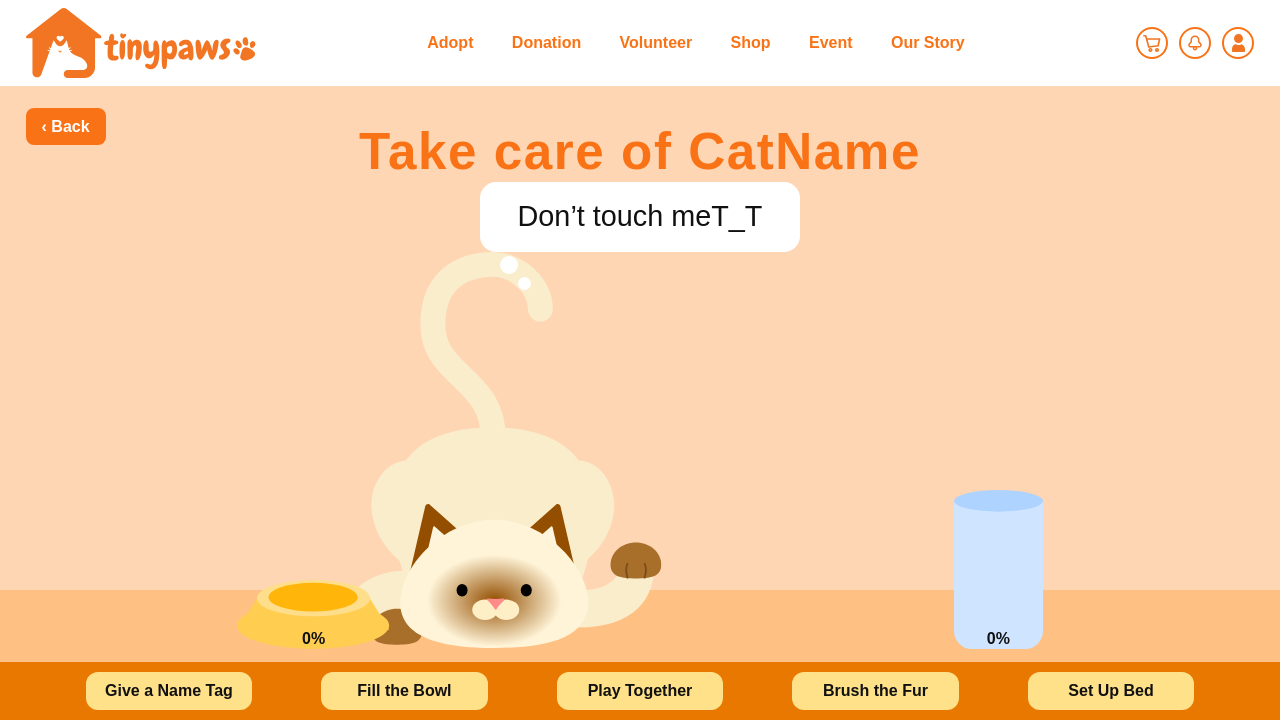
Repository: LShuyanLi/TinyPaws
Page: /, after clicking the first element matching `div > div`
An editor plug-in stored every save of this project. The page is shown before and after the next save, followed by the edit.
The browser window is 1280 px wide. The pictures show the whole page.
The project was rebuilt for these pictures with package versions that can differ from the ones it lists, and the page was loaded fresh each time. The framework's server and built-in components were replaced by stand-ins that run in the browser. Also part of the build but not shown: next.config.mjs.

Above is the page before, as saved 2026-05-09 23:45:17.

### app/layout.js
import { Geist, Geist_Mono } from "next/font/google";
import "./globals.css";

const geistSans = Geist({
  variable: "--font-geist-sans",
  subsets: ["latin"],
});

const geistMono = Geist_Mono({
  variable: "--font-geist-mono",
  subsets: ["latin"],
});

export const metadata = {
  title: "Create Next App",
  description: "Generated by create next app",
};

export default function RootLayout({ children }) {
  return (
    <html lang="en" className={`${geistSans.variable} ${geistMono.variable}`}>
      <body>{children}</body>
    </html>
  );
}

### app/page.js
"use client";

import { useState } from "react";

import Header from "@/components/shared/Header";
import ChooseScreen from "@/components/shuyan/ChooseScreen";
import PlayScreen from "@/components/shuyan/PlayScreen";



export default function Home() {
  const [screen, setScreen] = useState("choose");
  const [selectedCat, setSelectedCat] = useState(null);

  function goToChoose() {
    setScreen("choose");
  }

  function goToPlay(catImage) {
    setSelectedCat(catImage);
    setScreen("play");
  }

  return (
    <main
      style={{
        width: "100vw",
        height: "100vh",
        margin: 0,
        overflow: "hidden",
        fontFamily: "Arial, Helvetica, sans-serif",
        backgroundColor: "#ffd6b3",
      }}
    >
      <Header />

      {screen === "choose" && (
        <ChooseScreen goToPlay={goToPlay} />
      )}

      {screen === "play" && (
        <PlayScreen
        goToChoose={goToChoose}
        selectedCat={selectedCat} />
      )}
    </main>
  );
}

### app/globals.css
:root {
  --background: #ffffff;
  --foreground: #171717;
}

@media (prefers-color-scheme: dark) {
  :root {
    --background: #0a0a0a;
    --foreground: #ededed;
  }
}

html {
  height: 100%;
}

html,
body {
  max-width: 100vw;
  overflow-x: hidden;
}

body {
  min-height: 100%;
  display: flex;
  flex-direction: column;
  color: var(--foreground);
  background: var(--background);
  font-family: Arial, Helvetica, sans-serif;
  -webkit-font-smoothing: antialiased;
  -moz-osx-font-smoothing: grayscale;
}

* {
  box-sizing: border-box;
  padding: 0;
  margin: 0;
}

a {
  color: inherit;
  text-decoration: none;
}

@media (prefers-color-scheme: dark) {
  html {
    color-scheme: dark;
  }
}

### components/shared/Header.jsx
// Displays the decorative top navigation area with the logo, nav menu, and icons.

export default function Header() {
  return (
    <header
      style={{
        width: "100%",
        height: "12vh",
        backgroundColor: "#ffffff",
        display: "flex",
        alignItems: "center",
        justifyContent: "space-between",
        padding: "0 2vw",
        boxSizing: "border-box",
      }}
    >
      <img
        src="/Logo.svg"
        alt="TinyPaws logo"
        style={{
          width: "18vw",
          minWidth: "150px",
          maxWidth: "270px",
          height: "auto",
        }}
      />

      <nav
        style={{
          display: "flex",
          gap: "3vw",
          color: "#f97316",
          fontWeight: "700",
          fontSize: "1rem",
        }}
      >
        <span>Adopt</span>
        <span>Donation</span>
        <span>Volunteer</span>
        <span>Shop</span>
        <span>Event</span>
        <span>Our Story</span>
      </nav>

      <div
        style={{
          display: "flex",
          gap: "0.7rem",
        }}
      >
        <button style={iconButtonStyle}>
         <img src="/chart.svg" style={iconImageStyle} />
        </button>

        <button style={iconButtonStyle}>
          <img src="/bell.svg" style={iconImageStyle} />
        </button>

        <button style={iconButtonStyle}>
         <img src="/user.svg" style={iconImageStyle} />
        </button>
      </div>
    </header>
  );
}

const iconButtonStyle = {
  width: "2rem",
  height: "2rem",
  border: "2px solid #f97316",
  borderRadius: "50%",
  backgroundColor: "#ffffff",
  color: "#f97316",
  cursor: "pointer",
  display: "flex",
  alignItems: "center",
  justifyContent: "center",
};

const iconImageStyle = {
  width: "1.1rem",
  height: "1.1rem",
  objectFit: "contain",
  display: "block",
};

### components/shuyan/ChooseScreen.jsx
import PokeCatBall from "@/components/shuyan/PokeCatBall";

export default function ChooseScreen({ goToPlay }) {

    return (
        <section
        style={{
            position: "relative",
            width: "100%",
            height: "88vh",
            backgroundColor: "#ffd6b3",
        }}
        >

        <h1
            style={{
            margin: 0,
            paddingTop: "5vh",
            textAlign: "center",
            color: "#f97316",
            fontSize: "clamp(2rem, 4vw, 3.3rem)",
            fontWeight: "700",
            letterSpacing: "0.03em",
            }}
        >
            Choose Your New Little Friend
        </h1>

        <div
            style={{
            position: "relative",
            zIndex: 5,
            width: "100%",
            display: "flex",
            justifyContent: "space-around",
            alignItems: "flex-start",
            marginTop: "8vh",
            padding: "0 4vw",
            boxSizing: "border-box",
            }}
        >
            <PokeCatBall
                closeBall="/CloseBall.svg"
                openBall="/OpenBall-1.svg"
                catImage="/cat-1.svg"
                goToPlay={goToPlay} />
            <PokeCatBall
                closeBall="/CloseBall.svg"
                openBall="/OpenBall-2.svg"
                catImage="/cat-2.svg"
                goToPlay={goToPlay} />
            <PokeCatBall
                closeBall="/CloseBall.svg"
                openBall="/OpenBall-3.svg"
                catImage="/cat-3.svg"
                goToPlay={goToPlay} />
        </div>

        <div
            style={{
            position: "absolute",
            left: 0,
            bottom: "7.5vh",
            width: "100%",
            height: "10vh",
            backgroundColor: "#ffc083",
            }}
        />

        <div
            style={{
            position: "absolute",
            left: 0,
            bottom: 0,
            width: "100%",
            height: "7.5vh",
            backgroundColor: "#e97800",
            }}
        />
        </section>
    );
}

### components/shuyan/PlayScreen.jsx
// PlayScreen.jsx: Builds the main cat play screen with the background, cat area, feeding area, tools, bed, and bottom buttons.

import BackButton from "@/components/shuyan/BackButton";
import BottomActionBar from "@/components/shuyan/BottomActionBar";
import CatDisplay from "@/components/shared/CatDisplay";
import FoodBowl from "@/components/Jinwon/FoodBowl";
import WaterBottle from "@/components/Jinwon/WaterBottle";
import CatEmotion from "@/components/Jessica/CatEmotion";

export default function PlayScreen({ goToChoose, selectedCat }) {
  return (
    <section
      style={{
        position: "relative",
        width: "100%",
        height: "88vh",
        backgroundColor: "#ffd6b3",
        overflow: "hidden",
      }}
    >
      <BackButton goToChoose={goToChoose}/>

      <h1
        style={{
          margin: 0,
          paddingTop: "5vh",
          textAlign: "center",
          color: "#f97316",
          fontSize: "clamp(2rem, 4vw, 3.3rem)",
          fontWeight: "700",
          letterSpacing: "0.03em",
          position: "relative",
          zIndex: 5,
        }}
      >
        Take care of CatName
      </h1>

      {/* Light orange ground */}
      <div
        style={{
          position: "absolute",
          left: 0,
          bottom: "8vh",
          width: "100%",
          height: "10vh",
          backgroundColor: "#ffc083",
          zIndex: 1,
        }}
      />

      {/* Main play area */}
      <div
        style={{
          position: "absolute",
          left: "50%",
          bottom: "10vh",
          transform: "translateX(-50%)",
          width: "75vw",
          height: "50vh",
          zIndex: 5,
        }}
      >
        <CatEmotion />
        <FoodBowl />
        <CatDisplay selectedCat={selectedCat}/>
        <WaterBottle />
      </div>

      <BottomActionBar />
    </section>
  );
}

### components/shuyan/PokeCatBall.jsx
"use client";
// Displays one selectable pokeCAT ball and shows its cat preview on hover.

import { useState } from "react";

export default function PokeCatBall({ closeBall, openBall, goToPlay, catImage }) {

    const [isHover, setIsHover] = useState(false);

    function pokecatBall() {
        if (!isHover) {
            return closeBall;
        } else {
            return openBall;
        }
    }

    return (
        <div
            onClick={() => goToPlay(catImage)}
            onMouseEnter={() => setIsHover(true)}
            onMouseLeave={() => setIsHover(false)}
            style={{
                width: "24vw",
                maxWidth: "380px",
                minWidth: "230px",
                height: "50vh",
                display: "flex",
                alignItems: "flex-start",
                justifyContent: "center",
                cursor: "pointer"
            }}
        >
        <img
            src={pokecatBall()}
            style={{
            width: "90%",
            objectFit: "contain",
            display: "block",
            }}
        />
        </div>
    );
}

### components/shuyan/BackButton.jsx
// Displays the back button and returns the user to the cat selection screen.


export default function BackButton({ goToChoose }) {
  return (
    <button
        onClick={goToChoose}
        style={{
            position: "absolute",
            top: "3vh",
            left: "2vw",
            backgroundColor: "#f97316",
            color: "#ffffff",
            border: "none",
            borderRadius: "8px",
            padding: "0.6rem 1rem",
            fontSize: "1rem",
            fontWeight: "600",
            cursor: "pointer",
            zIndex: 10,
      }}
    >
      ‹ Back
    </button>
  );
}

### components/shuyan/BottomActionBar.jsx
"use client";

// BottomActionBar.jsx: Displays the bottom interaction buttons and shows each hover bubble.

import { useState } from "react";

export default function BottomActionBar( {
  activeButton,
  setActiveButton,
  setSelectedBed, //these three are for the bed feature
  ballSpeed,
  setBallSpeed, //these two are for the play ball feature
  featherActive,
  setFeatherActive,
}) {
  return (
    <div
      style={{
        position: "absolute",
        left: 0,
        bottom: 0,
        width: "100%",
        height: "8vh",
        backgroundColor: "#e97800",
        display: "flex",
        alignItems: "center",
        justifyContent: "space-around",
        padding: "0 4vw",
        boxSizing: "border-box",
        zIndex: 20,
      }}
    >
      {/* Name button - Elina can connect this to NameTag modal later */}
      <div style={{ position: "relative" }}>
        <button style={buttonStyle}>Give a Name Tag</button>
      </div>

      {/* Feed button - Jinwon */}
      <div
        onMouseEnter={() => setActiveButton("feed")}
        onMouseLeave={() => setActiveButton(null)}
        style={{ position: "relative" }}
      >
        {activeButton === "feed" && (
          <div style={bubbleStyle}>
            <img src="/bubble-3.svg" style={bubbleBackgroundStyle} />

            {/* dry food option - Jinwon can add onClick here */}
            <img
              src="/dryfood.svg"
              style={{
                position: "absolute",
                top: "8%",
                left: "50%",
                transform: "translateX(-50%)",
                width: "45%",
                height: "auto",
                cursor: "pointer",
              }}
            />

            {/* wet food option - Jinwon can add onClick here */}
            <img
              src="/wetfood.svg"
              style={{
                position: "absolute",
                top: "34%",
                left: "50%",
                transform: "translateX(-50%)",
                width: "45%",
                height: "auto",
                cursor: "pointer",
              }}
            />

            {/* water option - Jinwon can add onClick here */}
            <img
              src="/water.svg"
              style={{
                position: "absolute",
                top: "60%",
                left: "50%",
                transform: "translateX(-50%)",
                width: "38%",
                height: "auto",
                cursor: "pointer",
              }}
            />
          </div>
        )}

        <button style={buttonStyle}>Fill the Bowl</button>
      </div>

      {/* Play button - Jonah handles ball/feather, Elina handles hand */}
      <div
        style={{ position: "relative" }}
      >
        {activeButton === "play" && (
          <div style={bubbleStyle}>
            <img src="/bubble-3.svg" style={bubbleBackgroundStyle} />

            {/* ball option - Jonah can add onClick here */}
            <img
              src="/ball.svg"
                onClick={() => {
                setFeatherActive(false);

                setBallSpeed(prev =>
                  prev === "stop"
                    ? "slow"
                    : prev === "slow"
                    ? "fast"
                    : "stop"
                );
              }}
              style={{
                position: "absolute",
                top: "8%",
                left: "50%",
                transform: "translateX(-50%)",
                width: "42%",
                height: "auto",
                cursor: "pointer",
                opacity: ballSpeed === "stop" ? 0.5 : 1
              }}
            />

            {/* feather option - Jonah can add onClick here */}
            <img
              src="/feather.svg"
              onClick={() => {
                setBallSpeed("stop");
                setFeatherActive(prev => !prev);
              }}
              style={{
                position: "absolute",
                top: "30%",
                left: "50%",
                transform: "translateX(-50%)",
                width: "55%",
                height: "auto",
                cursor: "pointer",
              }}
            />

            {/* hand option - Elina can add onClick here */}
            <img
              src="/hand.svg"
              style={{
                position: "absolute",
                top: "55%",
                left: "50%",
                transform: "translateX(-50%)",
                width: "42%",
                height: "auto",
                cursor: "pointer",
              }}
            />
          </div>
        )}

        <button
          style={buttonStyle}
          onClick={() =>
            setActiveButton(activeButton === "play" ? null : "play")
          }
        >Play Together</button>
      </div>

      {/* Brush button - Elina */}
      <div
        onMouseEnter={() => setActiveButton("brush")}
        onMouseLeave={() => setActiveButton(null)}
        style={{ position: "relative" }}
      >
        {activeButton === "brush" && (
          <div style={bubbleStyle}>
            <img src="/bubble-1.svg" style={bubbleBackgroundStyle} />

            {/* brush option - Elina can add onClick here */}
            <img
              src="/brush.svg"
              style={{
                position: "absolute",
                top: "22%",
                left: "50%",
                transform: "translateX(-50%)",
                width: "55%",
                height: "auto",
                cursor: "pointer",
              }}
            />
          </div>
        )}

        <button style={buttonStyle}>Brush the Fur</button>
      </div>

      {/* Bed button - Jonah */}
      <div
        style={{ position: "relative" }}
      >
        {activeButton === "bed" && (
          <div style={bubbleStyle}>
            <img src="/bubble-2.svg" style={bubbleBackgroundStyle} />

            {/* yellow bed option - Jonah can add onClick here */}
            <img
              src="/bed-1.svg"
              onClick={() => {
                setSelectedBed(prev =>
                  prev === "yellow" ? null : "yellow"
                );
              }}
              style={{
                position: "absolute",
                top: "12%",
                left: "50%",
                transform: "translateX(-50%)",
                width: "55%",
                height: "auto",
                cursor: "pointer",
              }}
            />

            {/* green bed option - Jonah can add onClick here */}
            <img
              src="/bed-2.png"
              onClick={() => {
                setSelectedBed(prev =>
                  prev === "green" ? null : "green"
                );
              }}
              style={{
                position: "absolute",
                top: "48%",
                left: "50%",
                transform: "translateX(-50%)",
                width: "55%",
                height: "auto",
                cursor: "pointer",
              }}
            />
          </div>
        )}

        <button
          style={buttonStyle}
          onClick={() =>
            setActiveButton(activeButton === "bed" ? null : "bed")
          }
        >Set Up Bed</button>
      </div>
    </div>
  );
}

const buttonStyle = {
  width: "13vw",
  minWidth: "150px",
  maxWidth: "200px",
  height: "2.4rem",
  border: "none",
  borderRadius: "12px",
  backgroundColor: "#ffe18a",
  color: "#111111",
  fontSize: "1rem",
  fontWeight: "600",
  cursor: "pointer",
};

const bubbleStyle = {
  position: "absolute",
  left: "50%",
  bottom: "3.4rem",
  transform: "translateX(-50%)",
  width: "7vw",
  minWidth: "95px",
  maxWidth: "140px",
  zIndex: 40,
};

const bubbleBackgroundStyle = {
  width: "100%",
  height: "auto",
  display: "block",
};

### components/shared/CatDisplay.jsx
// CatDisplay.jsx: Displays the selected cat image on the play screen.

export default function CatDisplay({
  selectedBed,
  ballSpeed,
  featherActive,
}) {
  let catImage = "/cat-1.svg";

  let catStyle = {
    width: "48%",
    height: "48%",
    objectFit: "contain",
    position: "absolute",
    bottom: "0px",
    left: "80px",
  };

  if (featherActive) {
    catImage = "/catreach-1.svg";

    catStyle = {
      ...catStyle,
      width: "110%",
      left: "0px",
    }

  } else if (ballSpeed !== "stop") {
    catImage = "/catcrouch-1.svg";
  }

  return (
    <div
      style={{
        position: "absolute",
        left: "50%",
        bottom: "0",
        transform: "translateX(-50%)",
        zIndex: 1,
      }}
    >
      {selectedBed === "yellow" && (
        <img
          src="/yellow-bed.svg"
          style={{
            position: "absolute",
            bottom: "-130px",
            left: "50%",
            transform: "translateX(-50%)",
            width: "30vw",
            minWidth: "200px",
            zIndex: 0,
          }}
        />
      )}

      {selectedBed === "green" && (
        <img
          src="/green-bed.svg"
          style={{
            position: "absolute",
            bottom: "-130px",
            left: "50%",
            transform: "translateX(-50%)",
            width: "30vw",
            minWidth: "200px",
            zIndex: 0,
          }}
        />
      )}
      <div
        style={{
          width: "825px",
          height: "825px",
          position: "relative",
        }}
      >
        <img
          src={catImage}
          style={catStyle}
        />
      </div>
    </div>
  );
}

### components/Jinwon/FoodBowl.jsx
// FoodBowl.jsx: Displays the bowl and shows dry or wet food when the bowl is clicked.

export default function FoodBowl({ bowlType }) {
  const isBowlFilled = bowlType === "dry" || bowlType === "wet";
  const fillImage = bowlType === "wet" ? "/wetfood.svg" : "/dryfood.svg";

  return (
    <div
      style={{
        position: "absolute",
        left: "8%",
        bottom: "0",
        zIndex: 10,
        textAlign: "center",
      }}
    >
      <img
        src="/bowl.svg"
        style={{
          width: "12vw",
          minWidth: "120px",
          maxWidth: "190px",
          height: "auto",
          display: "block",
        }}
      />

      {isBowlFilled && (
        <img
          src={fillImage}
          style={{
            position: "absolute",
            left: "50%",
            bottom: "22px",
            transform: "translateX(-50%)",
            width: "50%",
            height: "auto",
          }}
        />
      )}

      <p
        style={{
          margin: "-1.2rem 0 0",
          color: "#111111",
          fontSize: "1rem",
          fontWeight: "700",
        }}
      >
        {isBowlFilled ? "100%" : "0%"}
      </p>
    </div>
  );
}

### components/Jinwon/WaterBottle.jsx
// WaterBottle.jsx: Displays the water bottle and shows water level when the bottle is clicked.

export default function WaterBottle({ hasWater }) {
  const isBottleFilled = hasWater;

  return (
    <div
      style={{
        position: "absolute",
        right: "8%",
        bottom: "0",
        zIndex: 10,
        textAlign: "center",
      }}
    >
      <img
        src="/water-bottle.svg"
        style={{
          width: "7vw",
          minWidth: "80px",
          maxWidth: "130px",
          height: "auto",
          display: "block",
        }}
      />

      {isBottleFilled && (
        <img
          src="/water.svg"
          style={{
            position: "absolute",
            left: "50%",
            bottom: "22px",
            transform: "translateX(-50%)",
            width: "44%",
            height: "auto",
          }}
        />
      )}

      <p
        style={{
          margin: "-1.2rem 0 0",
          color: "#111111",
          fontSize: "1rem",
          fontWeight: "700",
        }}
      >
        {isBottleFilled ? "100%" : "0%"}
      </p>
    </div>
  );
}

### components/Jessica/CatEmotion.jsx
// CatEmotion.jsx: Displays the cat’s emotion emoji and thought bubble based on interaction results.

export default function CatEmotion() {
  return (
    <div
      style={{
        position: "absolute",
        left: "50%",
        bottom: "55vh",
        transform: "translateX(-50%)",
        zIndex: 30,
      }}
    >
      {/* Thought bubble box */}
      <div
        style={{
          position: "relative",
          width: "320px",
          minHeight: "70px",
          backgroundColor: "#ffffff",
          borderRadius: "16px",
          display: "flex",
          alignItems: "center",
          justifyContent: "center",
          padding: "0 1.5rem",
          boxSizing: "border-box",
          color: "#111111",
          fontSize: "1.8rem",
          fontWeight: "400",
        }}
      >
        Don’t touch meT_T
      </div>

      {/* Small bubble dots */}
      <div
        style={{
          position: "absolute",
          left: "20px",
          bottom: "-22px",
          width: "18px",
          height: "18px",
          backgroundColor: "#ffffff",
          borderRadius: "50%",
        }}
      />

      <div
        style={{
          position: "absolute",
          left: "38px",
          bottom: "-38px",
          width: "13px",
          height: "13px",
          backgroundColor: "#ffffff",
          borderRadius: "50%",
        }}
      />
    </div>
  );
}

After the next save:
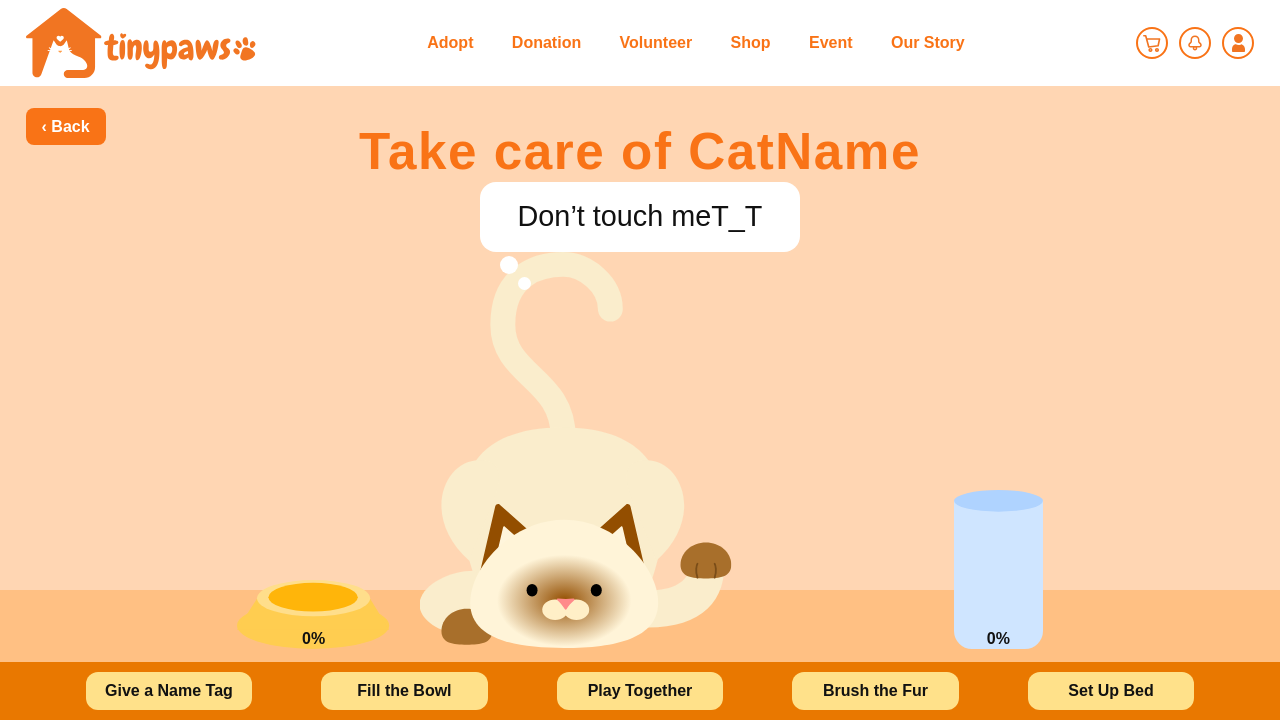
Saved 10 s later.
--- a/components/shared/CatDisplay.jsx
+++ b/components/shared/CatDisplay.jsx
@@ -13,7 +13,7 @@ export default function CatDisplay({
     objectFit: "contain",
     position: "absolute",
     bottom: "0px",
-    left: "80px",
+    left: "150px",
   };
 
   if (featherActive) {
